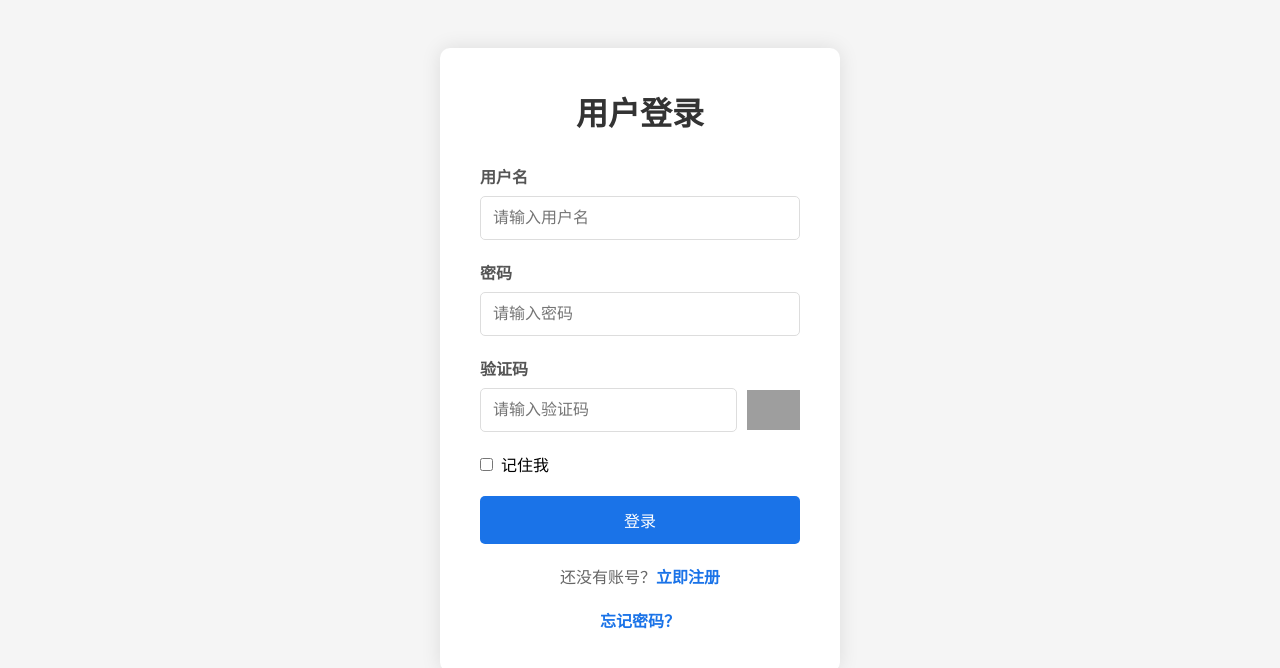
Repository: Jiege005/mytest-software-project
Page: mytest/WebContent/login.html
The author's editor kept a copy of each file at every save. The page is drawn from the files as they stood at one save, then again after the next save.
The browser window is 1280 px wide. The pictures show the whole page.
Pictures or frames that could not be fetched are drawn as grey boxes.

Above is the page before, as saved 2025-06-18 13:54:23.

### mytest/WebContent/login.html
<!DOCTYPE html>
<html lang="zh-CN">
<head>
    <meta charset="UTF-8">
    <meta name="viewport" content="width=device-width, initial-scale=1.0">
    <title>用户登录</title>
    <style>
        * {
            margin: 0;
            padding: 0;
            box-sizing: border-box;
            font-family: 'Arial', sans-serif;
        }

        body {
            background-color: #f5f5f5;
            display: flex;
            justify-content: center;
            align-items: center;
            min-height: 100vh;
        }

        .container {
            width: 100%;
            max-width: 400px;
            background: #fff;
            border-radius: 10px;
            box-shadow: 0 0 20px rgba(0, 0, 0, 0.1);
            overflow: hidden;
        }

        .form-container {
            padding: 40px;
        }

        h1 {
            text-align: center;
            margin-bottom: 30px;
            color: #333;
        }

        .form-group {
            margin-bottom: 20px;
        }

        .form-group label {
            display: block;
            margin-bottom: 8px;
            color: #555;
            font-weight: bold;
        }

        .form-group input {
            width: 100%;
            padding: 12px;
            border: 1px solid #ddd;
            border-radius: 5px;
            font-size: 16px;
            transition: border 0.3s;
        }

        .form-group input:focus {
            border-color: #4CAF50;
            outline: none;
        }

        .btn {
            width: 100%;
            padding: 12px;
            background-color: #1a73e8;
            color: white;
            border: none;
            border-radius: 5px;
            font-size: 16px;
            cursor: pointer;
            transition: background-color 0.3s;
        }

        .btn:hover {
            background-color: #1a73e8;
        }

        .switch-form {
            text-align: center;
            margin-top: 20px;
            color: #666;
        }

        .switch-form a {
            color: #1a73e8;
            text-decoration: none;
            font-weight: bold;
        }

        .switch-form a:hover {
            text-decoration: underline;
        }

        .remember-me {
            display: flex;
            align-items: center;
            margin-bottom: 20px;
        }

        .remember-me input {
            margin-right: 8px;
        }
    </style>
</head>
<body>
    <div class="container">
        <div class="form-container">
            <h1>用户登录</h1>
            <form action="/login" method="POST">
                <div class="form-group">
                    <label for="username">用户名</label>
                    <input type="text" id="username" name="username" placeholder="请输入用户名" required>
                </div>
                <div class="form-group">
                    <label for="password">密码</label>
                    <input type="password" id="password" name="password" placeholder="请输入密码" required>
                </div>
                <div class="form-group">
				    <label for="captcha">验证码</label>
				    <div style="display: flex; align-items: center; gap: 10px;">
				        <input type="text" id="captcha" name="captcha" placeholder="请输入验证码" required
				               style="flex: 1; min-width: 0;">
				        <img src="/captcha" alt="验证码" id="captcha-image"
				             style="height: 40px; cursor: pointer;"
				             onclick="refreshCaptcha()">
				    </div>
				</div>
                <div class="remember-me">
                    <input type="checkbox" id="remember" name="remember">
                    <label for="remember">记住我</label>
                </div>
                <button type="submit" class="btn">登录</button>
            </form>
            <div class="switch-form">
                还没有账号？<a href="register.html">立即注册</a>
            </div>
            <div class="switch-form">
                <a href="forgot-password.html">忘记密码？</a>
            </div>
        </div>
    </div>
	<script>
	    // 刷新验证码
	    function refreshCaptcha() {
	        document.getElementById('captcha-image').src = '/captcha?t=' + new Date().getTime();
	    }

	    // 页面加载时初始化验证码
	    window.onload = function() {
	        refreshCaptcha();
	    };
	</script>
</body>
</html>

After the next save:
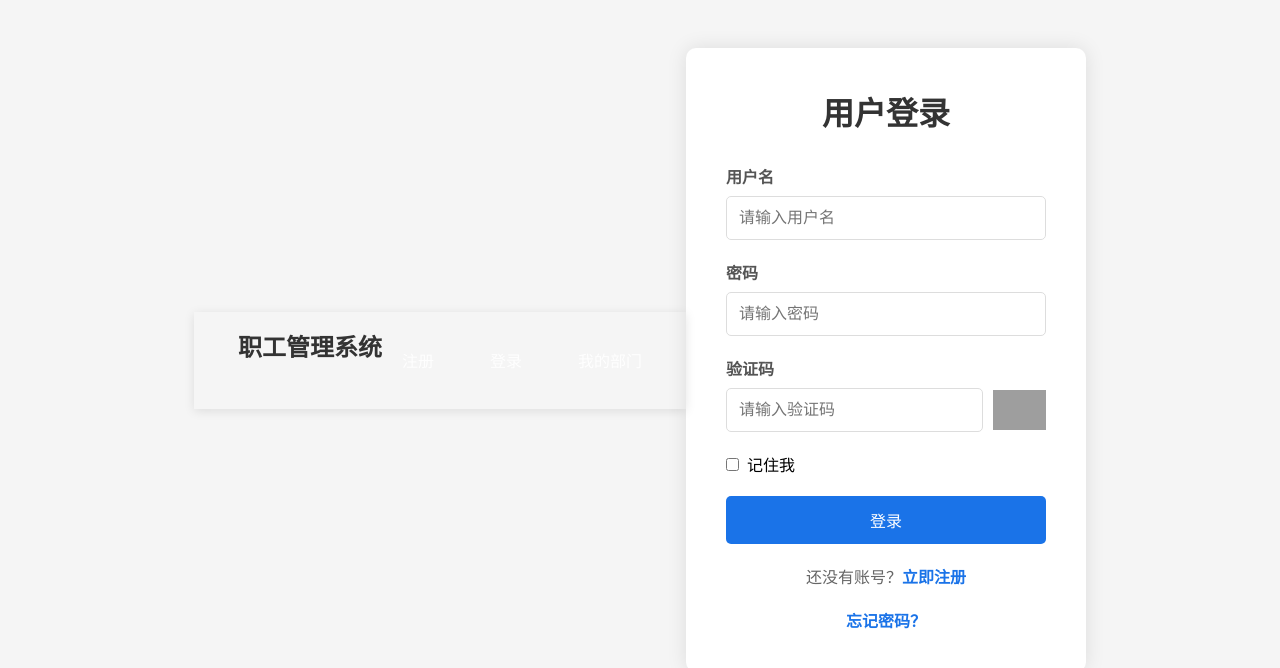
Saved 10 min 13 s later.
--- a/mytest/WebContent/login.html
+++ b/mytest/WebContent/login.html
@@ -5,6 +5,67 @@
     <meta name="viewport" content="width=device-width, initial-scale=1.0">
     <title>用户登录</title>
     <style>
+    	/* Header Styles */
+        header {
+            background: linear-gradient(135deg, var(--primary), var(--primary-dark));
+            color: white;
+            padding: 1rem 0;
+            box-shadow: 0 2px 10px rgba(0, 0, 0, 0.1);
+            position: sticky;
+            top: 0;
+            z-index: 100;
+        }
+
+        .header-container {
+            max-width: 1200px;
+            margin: 0 auto;
+            padding: 0 2rem;
+            display: flex;
+            justify-content: space-between;
+            align-items: center;
+        }
+
+        .logo {
+            display: flex;
+            align-items: center;
+            gap: 0.75rem;
+        }
+
+        .logo-icon {
+            font-size: 2rem;
+            color: #fff;
+        }
+
+        .logo h1 {
+            font-size: 1.5rem;
+            font-weight: 600;
+        }
+
+        .nav-links {
+            display: flex;
+            gap: 1.5rem;
+        }
+
+        .nav-links a {
+            color: rgba(255, 255, 255, 0.9);
+            text-decoration: none;
+            font-weight: 500;
+            padding: 0.5rem 0.75rem;
+            border-radius: 4px;
+            transition: all 0.3s ease;
+            display: flex;
+            align-items: center;
+            gap: 0.5rem;
+        }
+
+        .nav-links a:hover {
+            background: rgba(255, 255, 255, 0.15);
+        }
+
+        .nav-links a i {
+            font-size: 1.1rem;
+        }
+
         * {
             margin: 0;
             padding: 0;
@@ -108,6 +169,20 @@
     </style>
 </head>
 <body>
+	<!-- Header -->
+    <header>
+        <div class="header-container">
+            <div class="logo">
+                <i class="fas fa-users logo-icon"></i>
+                <h1>职工管理系统</h1>
+            </div>
+            <nav class="nav-links">
+                <a href="#"><i class="fas fa-user-plus"></i> 注册</a>
+                <a href="#"><i class="fas fa-sign-in-alt"></i> 登录</a>
+                <a href="#"><i class="fas fa-building"></i> 我的部门</a>
+            </nav>
+        </div>
+    </header>
     <div class="container">
         <div class="form-container">
             <h1>用户登录</h1>
